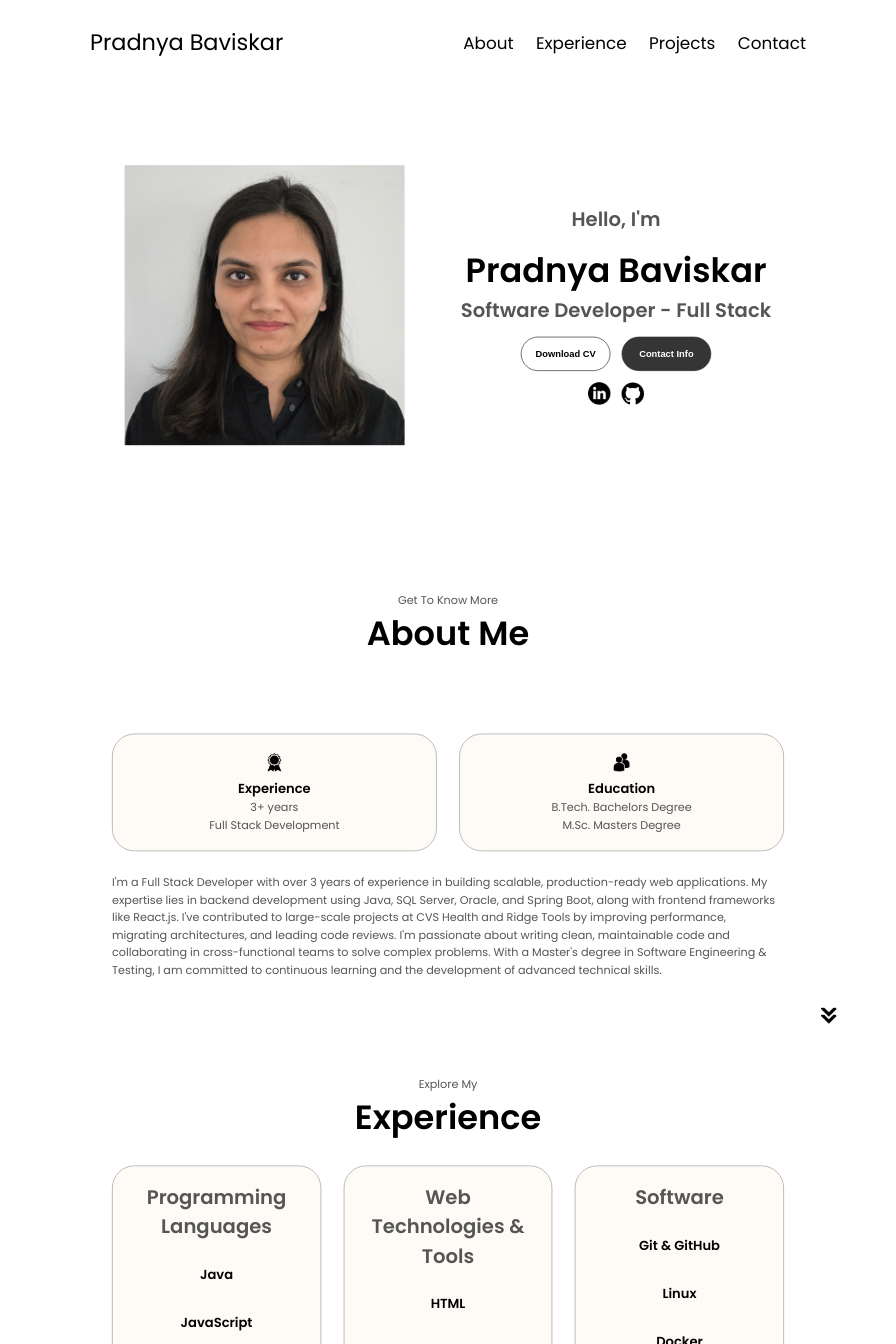
Repository: Pradnya-07/Portfolio-Pradnya
Page: index.html
These files come from the project's save history. The page is drawn as it stood at one moment and after the next save; the edit follows.
The browser window is 1280 px wide. The pictures show the part of the page from y = 0 to 1920 px (the page is 4473 px tall), at 70% of full size.

Above is the page before, as saved 2025-04-26 13:22:05.

After the next save:
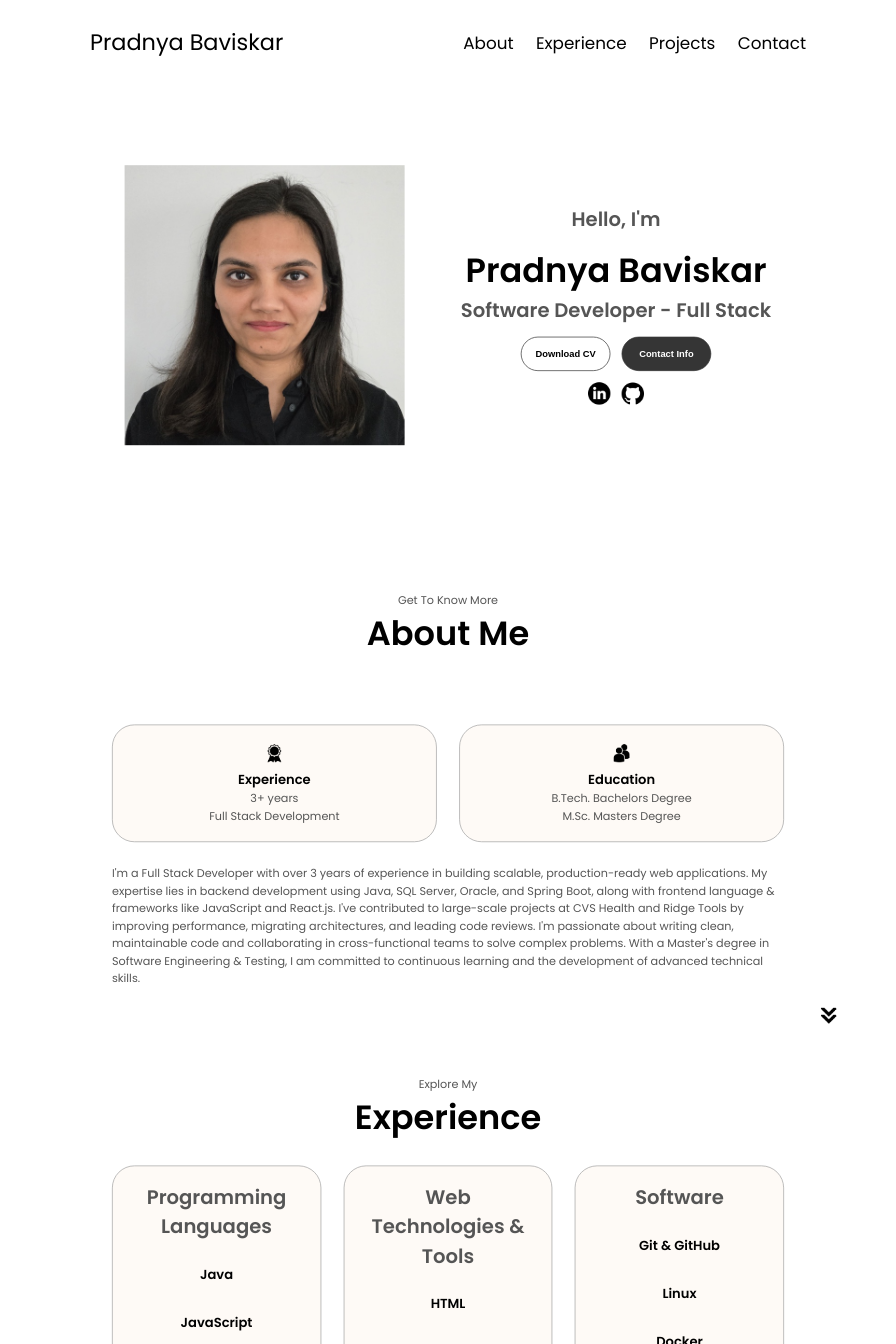
Saved 2 min 17 s later.
--- a/index.html
+++ b/index.html
@@ -100,10 +100,10 @@
           <div class="text-container">
             <p>
               I'm a Full Stack Developer with over 3 years of experience in building scalable, production-ready web applications.
-              My expertise lies in backend development using Java, SQL Server, Oracle, and Spring Boot, along with frontend frameworks like React.js.
+              My expertise lies in backend development using Java, SQL Server, Oracle, and Spring Boot, along with frontend language & frameworks like JavaScript and React.js.
               I've contributed to large-scale projects at CVS Health and Ridge Tools by improving performance, migrating architectures, and leading code reviews.
-               I'm passionate about writing clean, maintainable code and collaborating in cross-functional teams to solve complex problems.
-               With a Master's degree in Software Engineering & Testing, I am committed to continuous learning and the development of advanced technical skills.
+              I'm passionate about writing clean, maintainable code and collaborating in cross-functional teams to solve complex problems.
+              With a Master's degree in Software Engineering & Testing, I am committed to continuous learning and the development of advanced technical skills.
 
             </p>
           </div>
